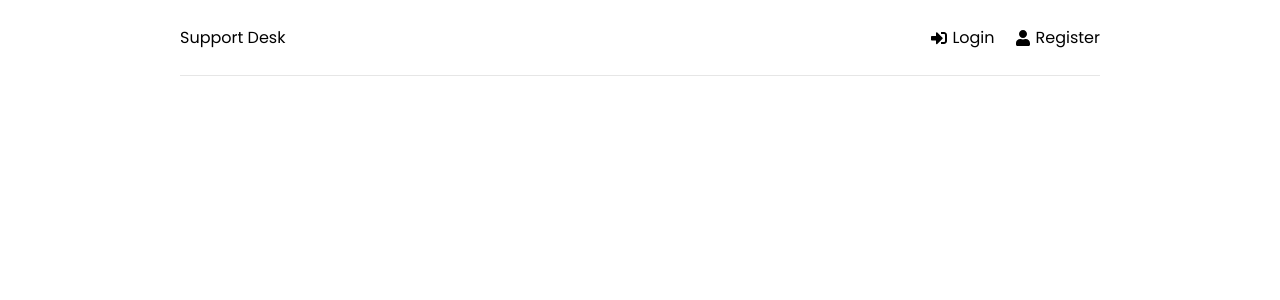
Repository: benjamins1995/support-desk
Page: /register (app in frontend/)
An editor plug-in stored every save of this project. The page is shown before and after the next save, followed by the edit.
The browser window is 1280 px wide. The pictures show the whole page.
The project was rebuilt for these pictures with package versions that can differ from the ones it lists, and the page was loaded fresh each time. Also part of the build but not shown: frontend/src/pages/Login.jsx. Imported but missing from the stored project, and not drawn on this page: frontend/src/features/counter/counterSlice, frontend/src/pages/Home.

Above is the page before, as saved 2022-03-01 21:05:53.

After the next save:
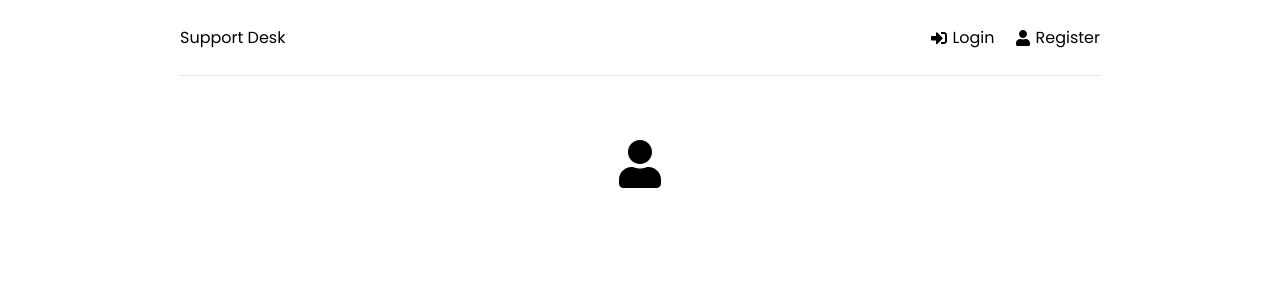
Saved 12 s later.
--- a/frontend/src/pages/Register.jsx
+++ b/frontend/src/pages/Register.jsx
@@ -14,7 +14,9 @@ function Register() {
   return (
     <>
       <section className='heading'>
-        <h1></h1>
+        <h1>
+          <FaUser />
+        </h1>
       </section>
     </>
   );
